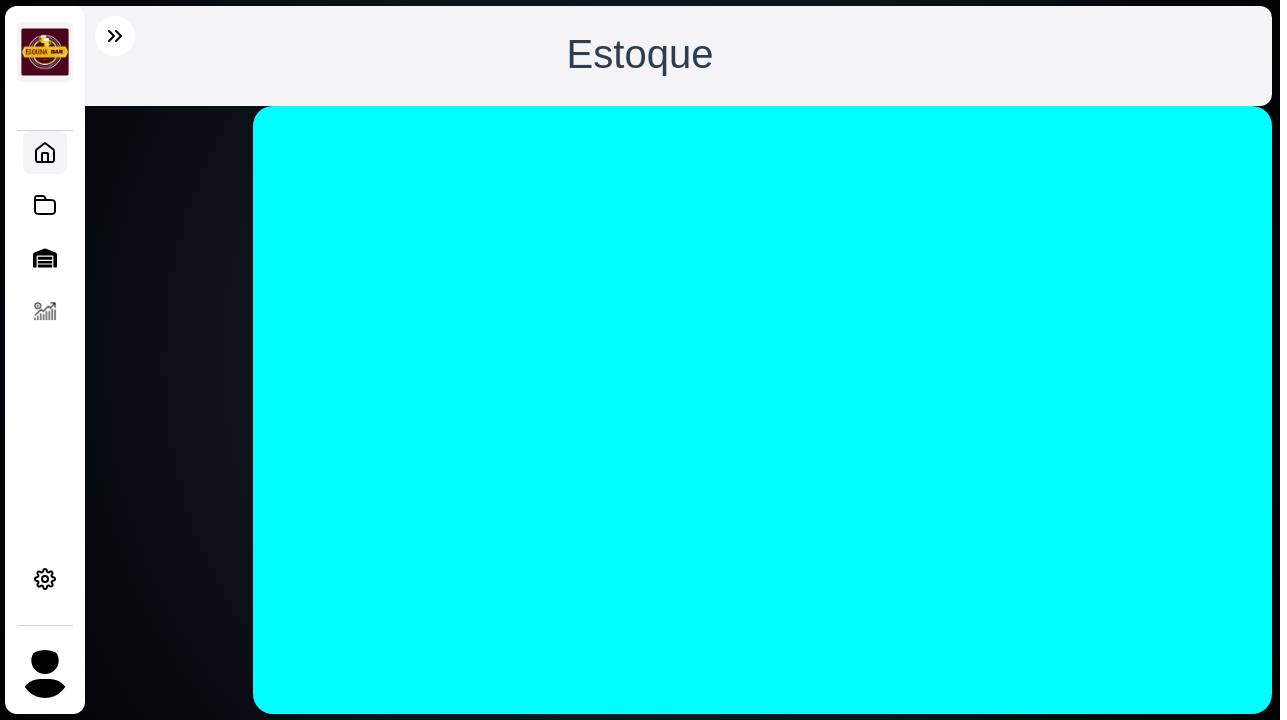
Repository: jazaoo13/Projeto_Oficina_Integracao
Page: / (app in Aplicacao_vue/)
These files come from the project's save history. The page is drawn as it stood at one moment and after the next save; the edit follows.
The browser window is 1280 px wide. The page is 1287 px wide, so the pictures cover 1287 px, including what lies to the right of the window. The pictures show the whole page.
The page's requests for data from a server got no answer. The project was rebuilt for these pictures with package versions that can differ from the ones it lists, and the page was loaded fresh each time. No one was signed in, and anything a server would have sent is missing. Also part of the build but not shown: Aplicacao_vue/vue.config.js, Aplicacao_vue/src/View/jazao.vue.

Above is the page before, as saved 2023-11-19 14:38:07.

### Aplicacao_vue/public/index.html
<!DOCTYPE html>
<html lang="">
  <head>
    <meta charset="utf-8">
    <meta name="viewport" content="width=device-width, initial-scale=1">
    <meta http-equiv="X-UA-Compatible" content="IE=edge">
    <meta name="viewport" content="width=device-width,initial-scale=1.0">
    <link rel="icon" href="<%= BASE_URL %>favicon.ico">
    <link href="https://cdn.jsdelivr.net/npm/bootstrap@5.3.2/dist/css/bootstrap.min.css" rel="stylesheet" integrity="sha384-T3c6CoIi6uLrA9TneNEoa7RxnatzjcDSCmG1MXxSR1GAsXEV/Dwwykc2MPK8M2HN" crossorigin="anonymous">
    <title>Controle de Bebidas</title>
  </head>
  <body>
    <script src="https://cdn.jsdelivr.net/npm/bootstrap@5.3.2/dist/js/bootstrap.bundle.min.js" integrity="sha384-C6RzsynM9kWDrMNeT87bh95OGNyZPhcTNXj1NW7RuBCsyN/o0jlpcV8Qyq46cDfL" crossorigin="anonymous"></script>
    <div id="app"></div>
    <!-- built files will be auto injected -->
  </body>
</html>

### Aplicacao_vue/src/main.js
import Vue from 'vue'
import App from './App.vue'
import {BootstrapVue, IconsPlugin} from 'bootstrap-vue';
import 'font-awesome/css/font-awesome.css';
import 'bootstrap-vue/dist/bootstrap-vue.css'
import 'bootstrap/dist/css/bootstrap.css'
import router from './router'
import Vuex from 'vuex'
import store from './store'

Vue.config.productionTip = false
Vue.use(BootstrapVue);
Vue.use(IconsPlugin);
Vue.use(Vuex);

new Vue({
  router,
  store,
  render: h => h(App)
}).$mount('#app')

### Aplicacao_vue/src/router/index.js
import Vue from 'vue'
import VueRouter from 'vue-router'
import Home from '../View/Home.vue'
import jazao_component from '../View/jazao.vue'
Vue.use(VueRouter)

const routes = [
  {
    path: '/',
    name: 'home',
    component: Home
  },
  {
    path: '/jazao',
    name: 'Jazao',
    component: jazao_component
    //component: () => import(/* webpackChunkName: "about" */ '../View/HomeTeste.vue')
  },

]

const router = new VueRouter({
  mode: 'history',
  base: process.env.BASE_URL,
  routes
})

export default router

### Aplicacao_vue/src/store.js
import Vue from 'vue'
import Vuex from 'vuex'

Vue.use(Vuex)

const store = new Vuex.Store({
    data(){
        return{
            isActive: false
        }
    },
    state: {
        count: 0,
        isActive: false
    },
    mutations: {
        increment(state) {
            state.count++
        },
        setIsActive(state){
            state.isActive = !state.isActive
        }
    },

})
export default store

### Aplicacao_vue/src/View/Home.vue
<template>
    <div class="bodyClass">
        <div class="container-fluid">
            <div class="row">
                <Sidebar></Sidebar>
            </div>
            <div class="content-container">
                <HeaderPage></HeaderPage>
                <EstoqueView></EstoqueView>
            </div>
        </div>

    </div>
</template>

<script>
import axios from 'axios';
import Sidebar from './Sidebar.vue';
import HeaderPage from './Header.vue'
import EstoqueView from '../components/EstoqueView.vue'
export default {
    name: 'HomePage',
    components: {
        Sidebar,
        HeaderPage,
        EstoqueView
    },
    data() {
        return {
            lstApi: '',
        };
    },
    methods: {
        chamar_api() {
            let url = 'https://catfact.ninja/fact';
            axios
                .get(url, {

                })
                .then((resposta) => {
                    this.lstApi = resposta
                })
                .catch((erro) => console.log(erro));
        },
    },
    mounted() {
        this.chamar_api()
    },
};
</script>

<style lang="scss" scoped>
.bodyClass {
    height: 100vh;
    background: radial-gradient(circle at 50% 50%, #192233 20%, #000);
    padding: 0.375rem;
    font-family: Poppins, sans-serif;
    display: flex;
}
.container-fluid {
  flex: 1;
  display: flex;
  flex-direction: column;
  padding-right: 2px;
  padding-left: 2px;
}
.row {
  display: flex;
  flex: 1;
}
.content-container {
  display: flex;
  flex-direction: column;
  flex: 1500;
}
</style>

### Aplicacao_vue/src/View/Sidebar.vue
<template>
    <div>
        <nav :class="{ 'isActive': this.$store.state.isActive }">
            <div class="sidebar-header" :class="{ 'isActive': this.$store.state.isActive }">
                <a class="logo-wrapper">
                    <img src="@/assets/logo_esquina.png" alt="Logo" :class="{ 'isActive': this.$store.state.isActive }">
                    <h2 :class="{ 'isActive': this.$store.state.isActive }">Bar da Esquina</h2>
                </a>
                <button class="toggle-btn" @click="toggle()">
                    <img src="../assets/expand.svg" alt="expand button">
                </button>
            </div>

            <div class="sidebar-links" :class="{ 'isActive': this.$store.state.isActive }">
                <a class="link active">
                    <img src="../assets/home.svg" alt="">
                    <span :class="{ 'isActive': this.$store.state.isActive }">Home</span>
                </a>
                <a class="link">
                    <img src="../assets/projects.svg" alt="">
                    <span :class="{ 'isActive': this.$store.state.isActive }">Cadastro</span>
                </a>
                <a class="link">
                    <img src="../assets/estoque.svg" alt="">
                    <span :class="{ 'isActive': this.$store.state.isActive }">Estoque</span>
                </a>
                <a class="link">
                    <img src="../assets/vendas.png" alt="">
                    <span :class="{ 'isActive': this.$store.state.isActive }">Vendas</span>
                </a>
            </div>


            <div class="sidebar-bottom" :class="{ 'isActive': this.$store.state.isActive }">
                <div class="sidebar-links" :class="{ 'isActive': this.$store.state.isActive }">
                    <a class="link">
                        <img src="../assets/settings.svg" alt="">
                        <span :class="{ 'isActive': this.$store.state.isActive }">Configurações</span>
                    </a>
                </div>

                <div class="user-profile" :class="{ 'isActive': this.$store.state.isActive }">
                    <div class="user-avatar">
                        <img src="../assets/user.svg" alt="">
                    </div>
                    <div class="user-details" :class="{ 'isActive': this.$store.state.isActive }">
                        <p class="username">Usuario</p>
                        <p class="user-email">email@gmail.com</p>
                    </div>
                </div>
            </div>
        </nav>
    </div>
</template>

<script>
import store from '../store';
import { mapState } from 'vuex'
export default {
    name: "SiderBar",
    store,
    components: {
    },
    data() {
        return {
            //isActive:false,
            // imagens:{
            //     imagem1: url=''
            // }
            //array de objetos para os botoes laterais
        }
    },
    methods: {
        Abre_Cadastro() {

        },
        computed: {
            ...mapState(['isActive'])

        },
        toggle() {
            this.$store.commit('setIsActive');

            const toggleBtn = document.querySelector(".toggle-btn");
            toggleBtn.style.transform = this.$store.state.isActive ? "rotate(180deg)" : "rotate(0deg)";
        },
    },
    mounted() {

    },
}
</script>


<style lang="scss">
*,
*::before,
*::after {
    margin: 0;
    padding: 0;
    box-sizing: border-box;
}

button,
a {
    all: unset;
    font: inherit;
    cursor: pointer;
    text-decoration: none !important;
}

a:hover {
    color: inherit !important;
}

nav {
    position: fixed;
    width: 5rem;
    height: calc(100vh - 0.75rem);
    background-color: #ffffff;
    padding: 1rem 0.75rem;
    border-radius: 0.75rem;
    display: flex;
    flex-direction: column;
    transition: width 500ms ease;

    &.isActive {
        width: 15rem;
    }
}

h2 {
    display: none;

    &.isActive {
        display: inline;
        font-size: 1.5rem;
    }
}

.sidebar-header,
.sidebar-links {
    display: flex;
    justify-content: center;
    align-items: center;
    overflow: hidden;
    flex-direction: column;
    margin-bottom: auto;
    gap: 0.6rem;
    padding-bottom: 1.5rem;
    &.isActive {
        justify-content: start;
        align-items: stretch;
    }
}
// .sidebar-links {
//     flex-direction: column;
//     margin-bottom: auto;
//     gap: 0.6rem;
//     padding-bottom: 1.5rem;
// }
.sidebar-header {
    margin-bottom: 1.5rem;

    &.isActive {
        justify-content: start;
        align-items: stretch;
    }
}

.logo-wrapper {
    display: flex;
    justify-content: start;
    align-items: center;
    gap: 1.25rem;
    text-decoration: none !important;
}

a.logo-wrapper:hover {
    color: inherit !important;
}

.logo-wrapper>img {
    width: 60px;
    height: 60px;
    background-color: #f4f4f6;
    padding: 0.4rem;
    border-radius: 0.5rem;

    &.isActive {
        width: 100px;
        height: 100px;
    }
}

nav>.sidebar-links {
    border-top: 1px solid rgb(211, 211, 211);
}

.link {
    display: flex;
    padding: 0.6rem;
    border-radius: 0.5rem;
    gap: 1.5rem;
}

span {
    display: none;

    &.isActive {
        display: inline;
    }
}

.link:hover,
.link.active:hover {
    background-color: #e4e4e8;
}

.link.active {
    background-color: #f4f4f6;
}

.link>img {
    width: 24px;
    height: 24px;
}

.sidebar-bottom .sidebar-links {
    padding-bottom: 1.5rem;
}

.toggle-btn {
    position: absolute;
    top: 10px;
    right: -50px;
    padding: 0.5rem;
    background-color: #fff;
    border-radius: 50%;
    display: flex;
    justify-content: center;
    align-items: center;
    transition: transform 0.25s ease;
}

.user-profile {
    display: flex;
    justify-content: center;
    align-items: center;
    gap: 1.5rem;
    padding-top: 1.5rem;
    border-top: 1px solid rgb(211, 211, 211);

    &.isActive {
        justify-content: start;
        align-items: stretch;
    }
}

.user-avatar {
    width: 48px;
    height: 48px;
    cursor: pointer;
    transition: scale 0.2s ease;
}

.user-avatar img {
    width: 100%;
    height: 100%;
    border-radius: 50%;
    object-fit: cover;
}

.user-avatar:hover {
    scale: 1.1;
}

.user-details {
    align-self: center;
    overflow: hidden;
    display: none;

    .username {
        font-size: 0.85rem;
        font-weight: 600;
    }

    .user-email {
        font-size: 0.8rem;
    }

    &.isActive {
        display: inline;
    }

}</style>

### Aplicacao_vue/src/View/Header.vue
<template>
    <div>
        <div class="header" :class="{ 'isActive': this.$store.state.isActive }">
        <h1 class="titulo">Estoque</h1>
        </div>
    </div>
</template>

<script>
import { mapState } from 'vuex'
export default {
    name: "HeaderPage",
    data() {
        return {
            //isActive: false,
        }
    },
    computed: {
        ...mapState(['isActive'])

    },
}
</script>

<style lang="scss" scoped>
.header {
    //width: calc(100% - 85px);
    background-color: #f4f4f6;
    border-radius: 0.75rem;
    height: 100px;
    margin-left:auto;
    transition: width 500ms ease ;
    &.isActive{
        //width:calc(100% - 245px);
        transition: width 500ms ease ;
    }
}
.titulo{
    height: 100%;
    padding-top: 1.5rem;
}

// .header{

// }
</style>

### Aplicacao_vue/src/components/EstoqueView.vue
<template>
    <div class="backPage">

    </div>
</template>

<script>
import store from '../store';
import { mapState } from 'vuex'
    export default {
        name:"EstoqueView",
        store,
        methods: {
        computed: {
            ...mapState(['isActive'])

        }
    },
    }
</script>

<style lang="scss" scoped>
.backPage{
    background-color: aqua;
    width: calc(100% - 245px);
    margin-left: auto;
    border-radius: 20px;
    margin-top: auto;
    height: calc(100% - 10px);
}
</style>

Loaded but not shown: Aplicacao_vue/src/App.vue (common file)

After the next save:
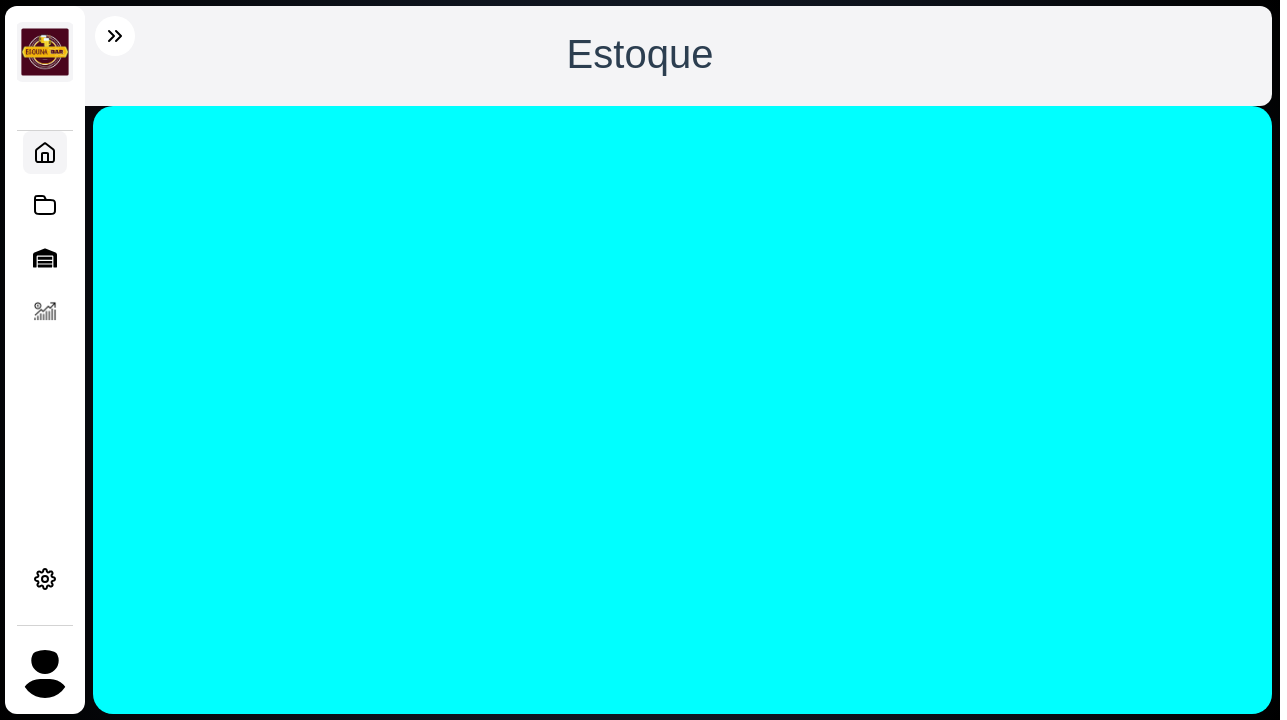
Saved 3 min 32 s later.
--- a/Aplicacao_vue/src/components/EstoqueView.vue
+++ b/Aplicacao_vue/src/components/EstoqueView.vue
@@ -1,5 +1,5 @@
 <template>
-    <div class="backPage">
+    <div class="backPage" :class="{ 'isActive': this.$store.state.isActive }">
 
     </div>
 </template>
@@ -22,10 +22,15 @@ import { mapState } from 'vuex'
 <style lang="scss" scoped>
 .backPage{
     background-color: aqua;
-    width: calc(100% - 245px);
+    width: calc(100% - 85px);
     margin-left: auto;
     border-radius: 20px;
     margin-top: auto;
     height: calc(100% - 10px);
+    transition: width 500ms ease ;
+    &.isActive{
+        width:calc(100% - 245px);
+        transition: width 500ms ease ;
+    }
 }
 </style>
